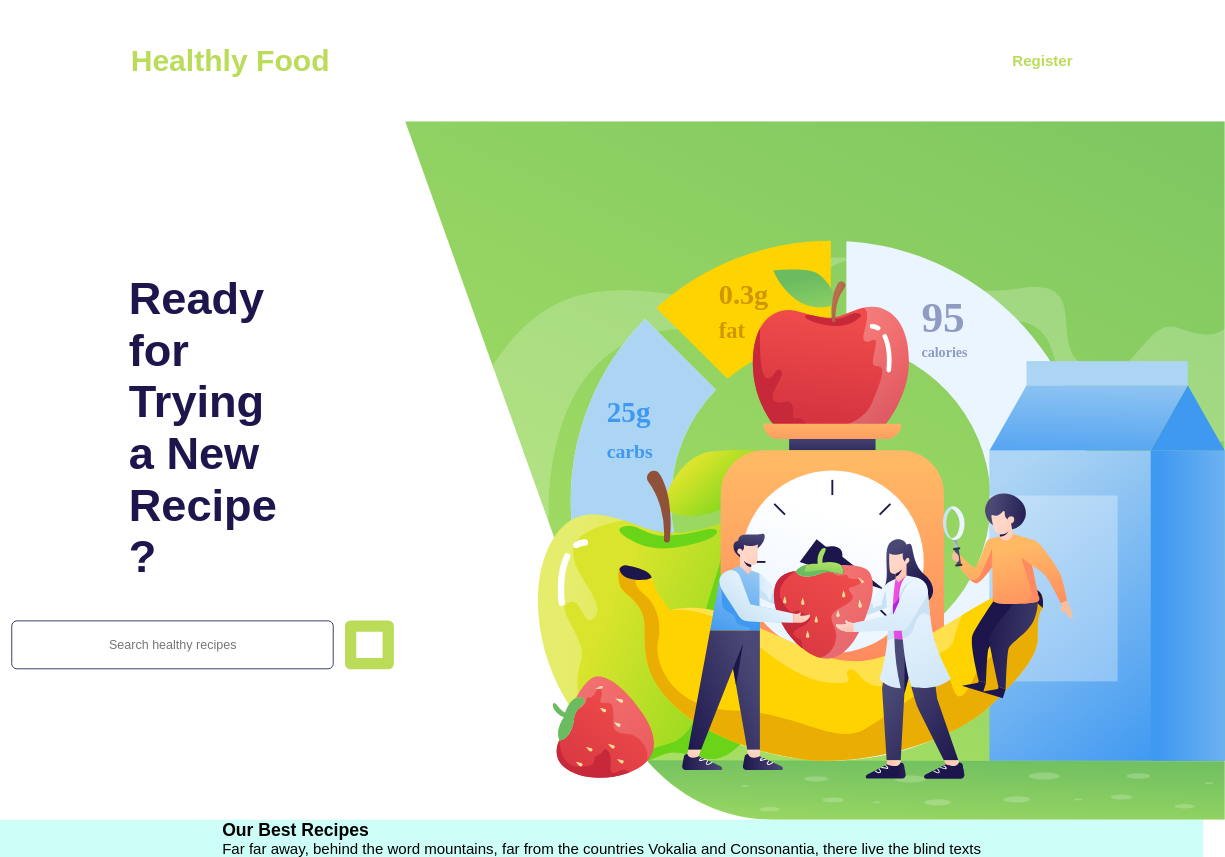
Repository: LuccaCasalecchi/HealthyFood
Page: /
These files come from the project's save history. The page is drawn as it stood at one moment and after the next save; the edit follows.
The browser window is 1280 px wide. The page is 1303 px wide, so the pictures cover 1303 px, including what lies to the right of the window. The pictures show the whole page, at 94% of full size.
The project was rebuilt for these pictures with package versions that can differ from the ones it lists, and the page was loaded fresh each time.

Above is the page before, as saved 2021-08-18 15:54:46.

After the next save:
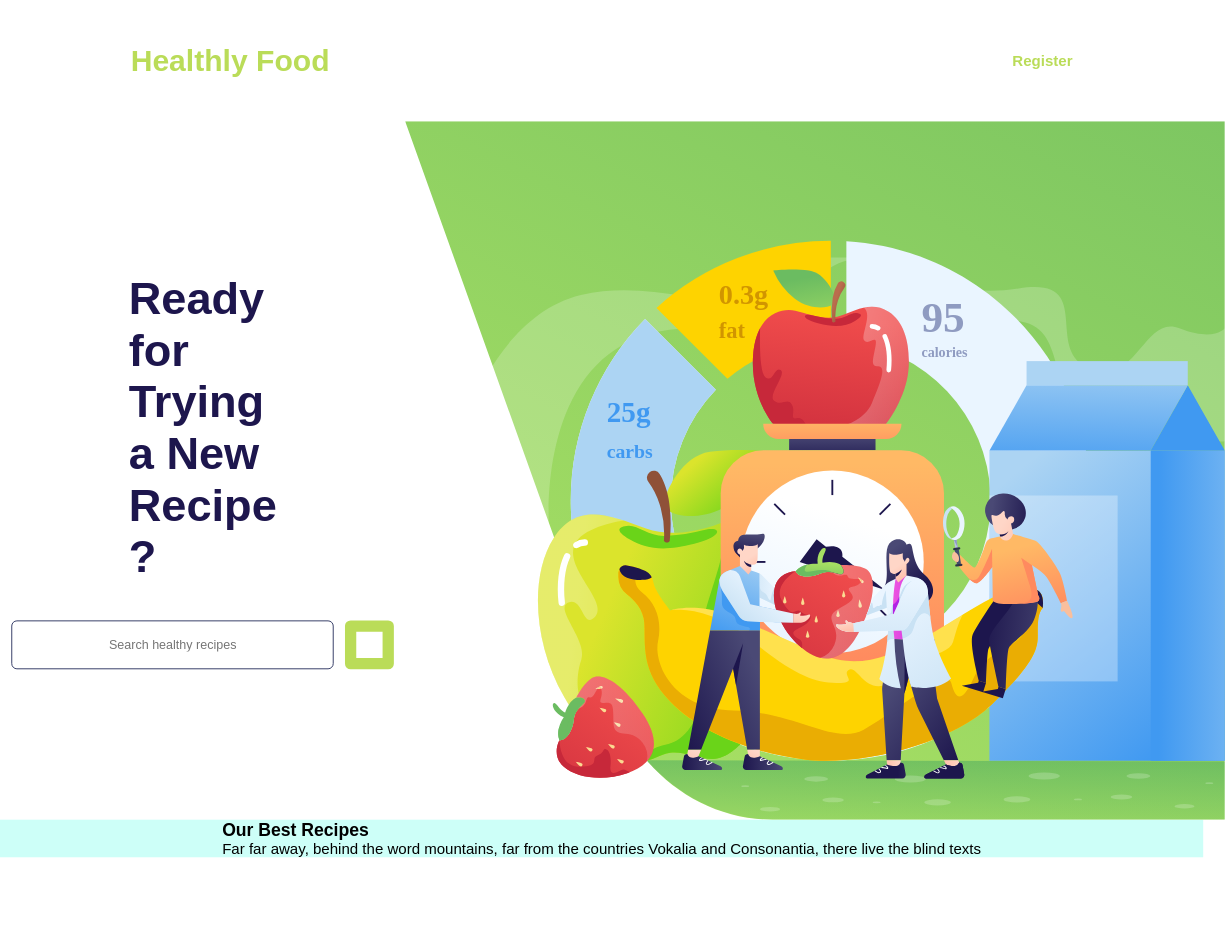
Saved 98 s later.
--- a/src/components/Recipes/Recipes.css
+++ b/src/components/Recipes/Recipes.css
@@ -1,6 +1,8 @@
 .recipes-container{
   background-color: rgb(205, 255, 248);
+  width: 100%;
   display: flex;
-  justify-content: center;
+  flex-direction: column;
   align-items: center;
+  margin-bottom: 6rem;
 }
